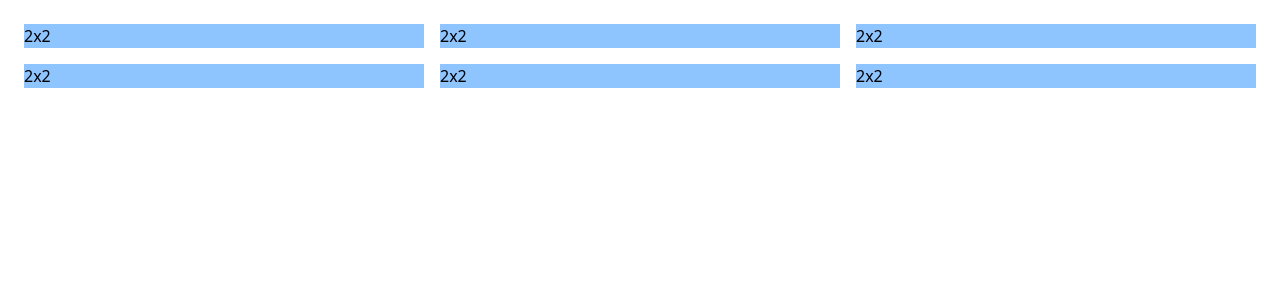
Repository: Abdulahi338/TailwindCss-exercise
Page: Exercise3/index.html
These files come from the project's save history. The page is drawn as it stood at one moment and after a run of saves; the edit follows.
The browser window is 1280 px wide. The pictures show the whole page.

Above is the page before, as saved 2025-07-27 18:02:47.

### Exercise3/index.html
<!DOCTYPE html>
<html lang="en">
<head>
    <meta charset="UTF-8">
    <meta name="viewport" content="width=device-width, initial-scale=1.0">
        <script src="https://cdn.jsdelivr.net/npm/@tailwindcss/browser@4"></script>

    <title>Exercise 2</title>
</head>
<body>

    <div class="grid grid-cols-3 grid-rwos-3 gap-4 p-6">
        <div class="bg-blue-300">2x2</div>
        <div class="bg-blue-300">2x2</div>
        <div class="bg-blue-300">2x2</div>
        <div class="bg-blue-300">2x2</div>
        <div class="bg-blue-300">2x2</div>
        <div class="bg-blue-300">2x2</div>
    </div>


</body>
</html>

After the next 4 saves:
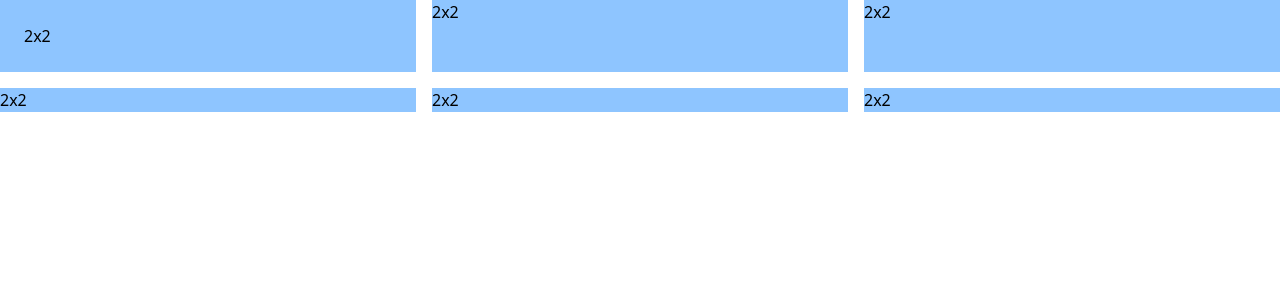
The 4 saves are shown as one change because they came seconds apart.
The last was saved 14 s later.
--- a/Exercise3/index.html
+++ b/Exercise3/index.html
@@ -9,8 +9,8 @@
 </head>
 <body>
 
-    <div class="grid grid-cols-3 grid-rwos-3 gap-4 p-6">
-        <div class="bg-blue-300">2x2</div>
+    <div class="grid grid-cols-3 grid-rwos-3 gap-4">
+        <div class="bg-blue-300 p-6">2x2</div>
         <div class="bg-blue-300">2x2</div>
         <div class="bg-blue-300">2x2</div>
         <div class="bg-blue-300">2x2</div>
